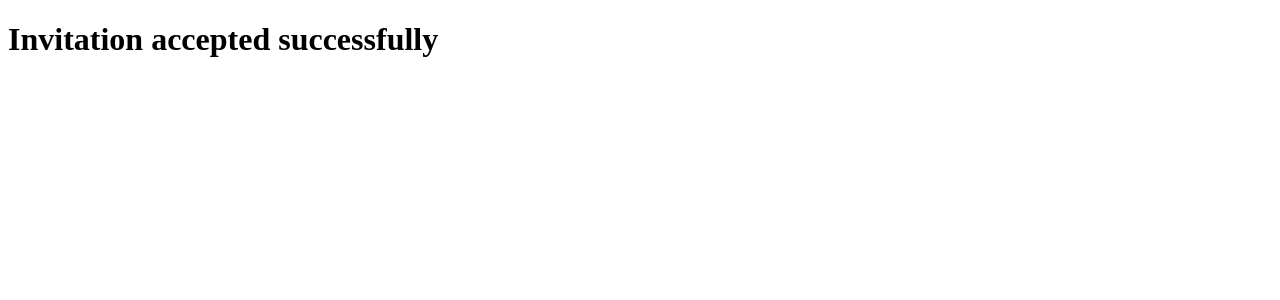
Repository: sravanigunti/Code
Page: http://localhost/LinkedinServicesClient/View/acceptInvitation.jsp
An editor plug-in stored every save of this project. The page is shown before and after the next save, followed by the edit.
The browser window is 1280 px wide. The pictures show the whole page.
Some web libraries are served in a nearby version. The page is served by Tomcat 9. Other server files are loaded and not shown.

Above is the page before, as saved 2015-05-09 09:03:54.

### Final_linkedIn_Java/LinkedinServicesClient/WebContent/View/acceptInvitation.jsp
<%@ page language="java" contentType="text/html; charset=ISO-8859-1"
    pageEncoding="ISO-8859-1"%>
<!DOCTYPE html PUBLIC "-//W3C//DTD HTML 4.01 Transitional//EN" "http://www.w3.org/TR/html4/loose.dtd">
<html>
<head>
<meta http-equiv="Content-Type" content="text/html; charset=ISO-8859-1">
<title>acceptInvitation</title>
</head>
<body>
<h1>Invitation accepted successfully</h1>
</body>
</html>

After the next save:
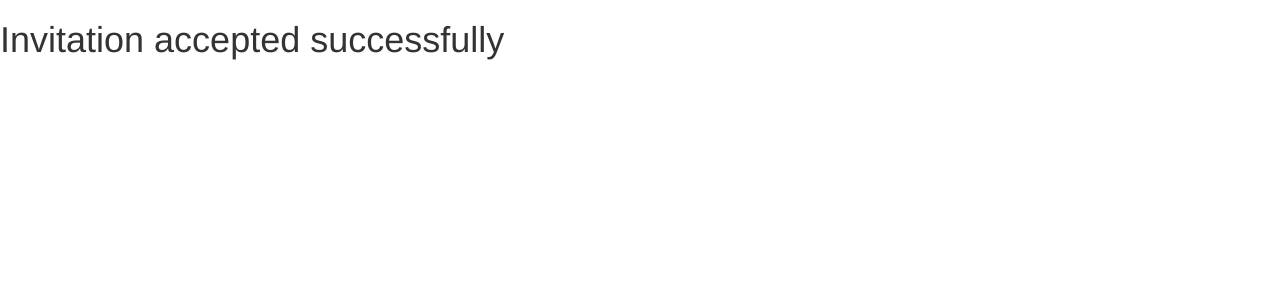
Saved 119 s later.
--- a/Final_linkedIn_Java/LinkedinServicesClient/WebContent/View/acceptInvitation.jsp
+++ b/Final_linkedIn_Java/LinkedinServicesClient/WebContent/View/acceptInvitation.jsp
@@ -4,6 +4,9 @@
 <html>
 <head>
 <meta http-equiv="Content-Type" content="text/html; charset=ISO-8859-1">
+<link rel="stylesheet" href="http://maxcdn.bootstrapcdn.com/bootstrap/3.3.4/css/bootstrap.min.css">
+  <script src="https://ajax.googleapis.com/ajax/libs/jquery/1.11.1/jquery.min.js"></script>
+  <script src="http://maxcdn.bootstrapcdn.com/bootstrap/3.3.4/js/bootstrap.min.js"></script>
 <title>acceptInvitation</title>
 </head>
 <body>
